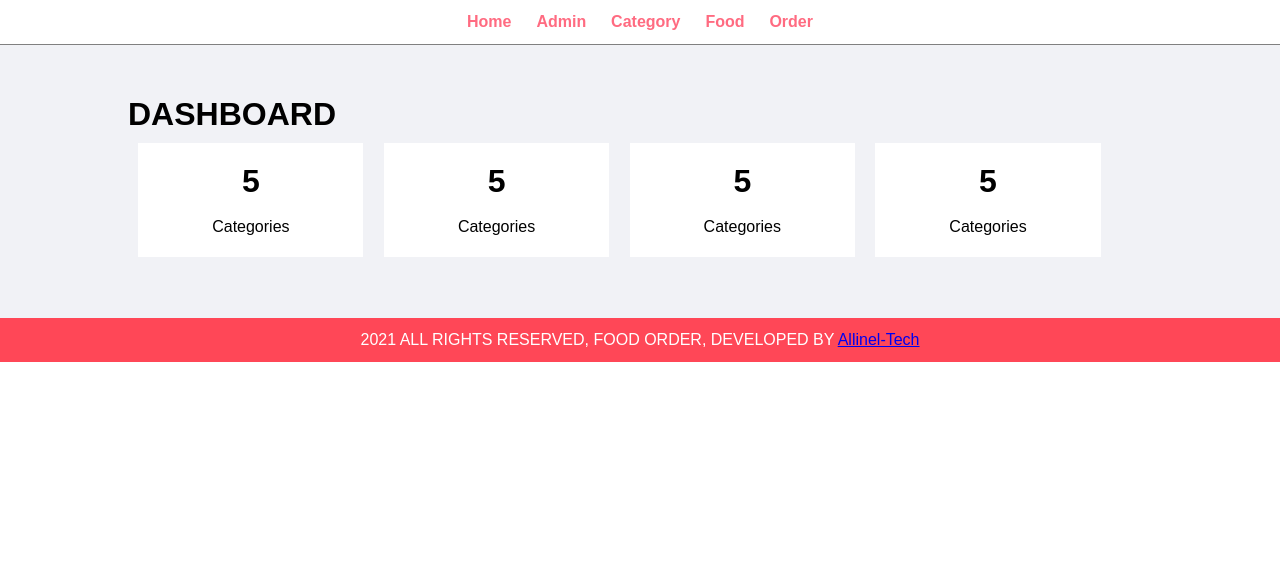
Repository: yazshrilld/food_order
Page: http://localhost/admin/index.php
The author's editor kept a copy of each file at every save. The page is drawn from the files as they stood at one save, then again after the next save.
The browser window is 1280 px wide. The pictures show the whole page.
The page is run by PHP 8.4 with error messages shown; the project is at /var/www/html/.

Above is the page before, as saved 2021-01-24 16:57:12.

### admin/index.php
    <html>
    <head>
        <title>Food Order Website - Home Page</title>
        <link rel="stylesheet" href="../css/admin.css">
    </head>
    <body>
        <!-- Menu Section Starts -->
            <div class="menu text-center">
                <div class="wrapper">
                    <ul>
                        <li><a href="">Home</a></li>
                        <li><a href="">Admin</a></li>
                        <li><a href="">Category</a></li>
                        <li><a href="">Food</a></li>
                        <li><a href="">Order</a></li>
                    </ul>
                </div>
            </div>
        <!-- Menu Section Ends -->

        <!-- Main Content Section Starts -->
            <div class="main-content">
                <div class="wrapper">
                    <h1>DASHBOARD</h1>
                    <div class="col-4 text-center">
                        <h1>5</h1><br /> Categories
                    </div>
                    <div class="col-4 text-center">
                        <h1>5</h1><br /> Categories
                    </div>
                    <div class="col-4 text-center">
                        <h1>5</h1><br /> Categories
                    </div>
                    <div class="col-4 text-center">
                        <h1>5</h1><br /> Categories
                    </div>
                    <div class="clearFix"></div>
                </div>
            </div>
        <!-- Main Content Section Ends -->

        <!-- Footer Section Starts -->
            <div class="footer">
                <div class="wrapper">
                    <p class="text-center">2021 ALL RIGHTS RESERVED, FOOD ORDER, DEVELOPED BY <a href="#">Allinel-Tech</a></p>
                </div>
            </div>
        <!-- Footer Section Ends -->

    </body>
</html>

### css/admin.css
/*
    Author: Musa Yazid
    Theme: Food Order Website Admin
    Version: 1.0
*/

* {
    margin: 0;
    padding: 0;
    font-family: Arial, Helvetica, sans-serif;
}

.wrapper {
    padding: 1%;
    width: 80%;
    margin: 0 auto;
}

.text-center {
    text-align: center;
}
.clearFix {
    float: none;
    clear: both;
}
/* CSS for Menu */
.menu {
    border-bottom: 1px solid grey;
}
.menu ul {
    list-style-type: none;
}
.menu ul li {
    display: inline;
    padding: 1%;
}
.menu ul li a {
    text-decoration: none;
    font-weight: bold;
    color: #ff6b81;
}
.menu ul li a:hover {

    color: #ff4757;
}

/* CSS for main-content */

.main-content {
    background-color: #f1f2f6;
    padding: 3% 0;
}
.col-4 {
    width: 18%;
    background-color: white;
    margin: 1%;
    padding: 2%;
    float: left;
}

/* CSS for footer */
.footer {
    background-color: #ff4757;
    color: white;
}

After the next save:
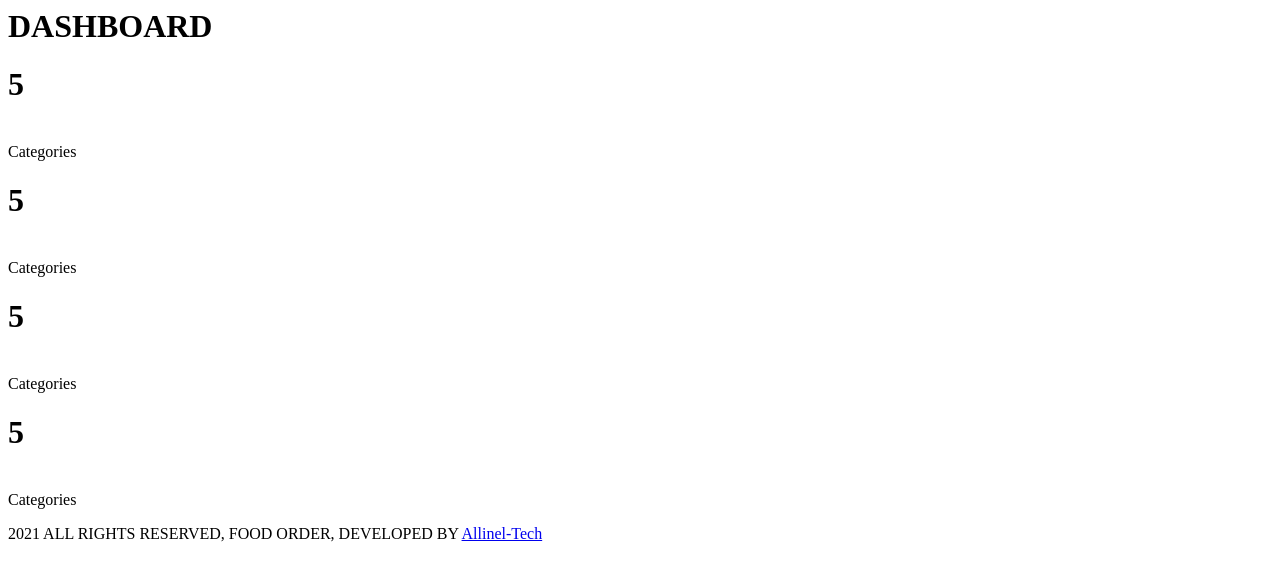
Saved 8 s later.
--- a/admin/index.php
+++ b/admin/index.php
@@ -1,22 +1,4 @@
-    <html>
-    <head>
-        <title>Food Order Website - Home Page</title>
-        <link rel="stylesheet" href="../css/admin.css">
-    </head>
-    <body>
-        <!-- Menu Section Starts -->
-            <div class="menu text-center">
-                <div class="wrapper">
-                    <ul>
-                        <li><a href="">Home</a></li>
-                        <li><a href="">Admin</a></li>
-                        <li><a href="">Category</a></li>
-                        <li><a href="">Food</a></li>
-                        <li><a href="">Order</a></li>
-                    </ul>
-                </div>
-            </div>
-        <!-- Menu Section Ends -->
+
 
         <!-- Main Content Section Starts -->
             <div class="main-content">
